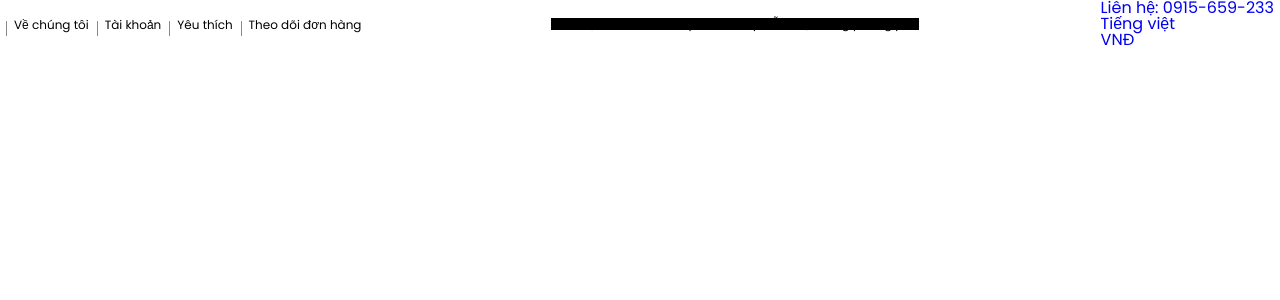
Repository: DucNghia2004/project_pro_01
Page: index.html
These files come from the project's save history. The page is drawn as it stood at one moment and after the next save; the edit follows.
The browser window is 1280 px wide. The pictures show the whole page.

Above is the page before, as saved 2024-05-30 20:27:52.

After the next save:
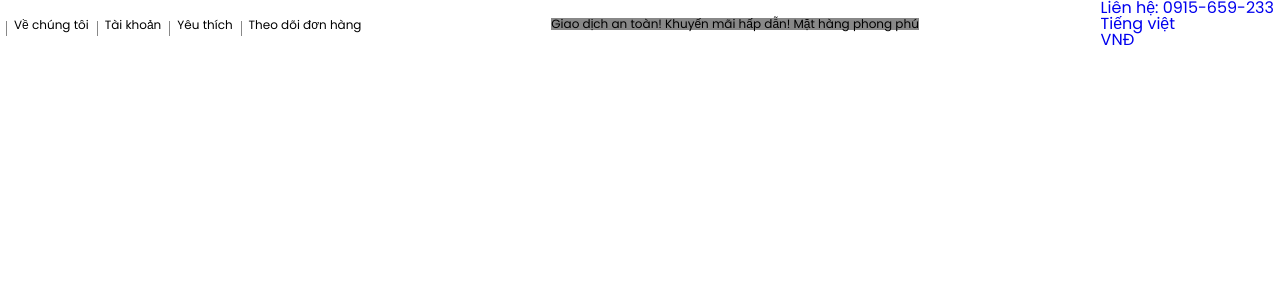
Saved 7 s later.
--- a/assets/css/styles.css
+++ b/assets/css/styles.css
@@ -61,5 +61,5 @@ a {
 
 .indo-product__desc {
     font-size: 1.2rem;
-    background-color: black;
+    background-color: rgba(0, 0, 0, 0.467);
 }
